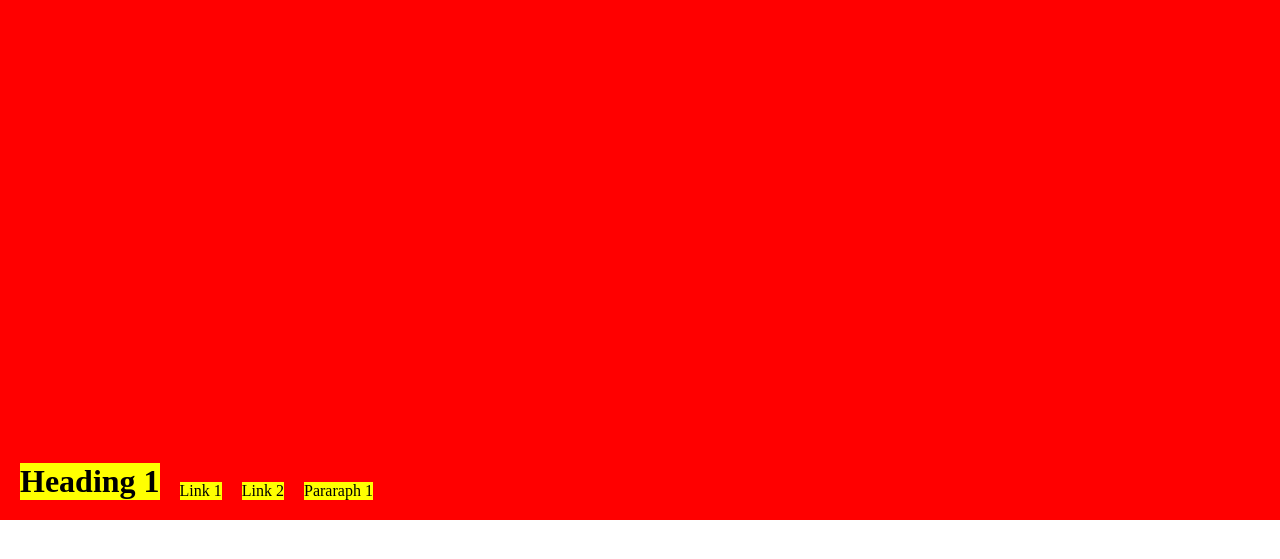
Repository: itz-mohanmadhav-18/Full-stack
Page: Html+css/day-3/flexbox.html
An editor plug-in stored every save of this project. The page is shown before and after the next save, followed by the edit.
The browser window is 1280 px wide. The pictures show the whole page.

Above is the page before, as saved 2024-06-14 12:35:21.

### Html+css/day-3/flexbox.html
<!DOCTYPE html>
<html lang="en">
  <head>
    <meta charset="UTF-8" />
    <meta name="viewport" content="width=device-width, initial-scale=1.0" />
    <link rel="stylesheet" href="./flexbox.css" />
    <title>Document</title>
  </head>
  <body>
    <div>
      <h1>Heading 1</h1>
      <a>Link 1</a>
      <a>Link 2</a>
      <p>Pararaph 1</p>
    </div>
  </body>
</html>

### Html+css/day-3/flexbox.css
*{
    padding: 0;
    margin: 0;
    background: white;
}
div{
    background: red;
    padding: 10px;
    height: 500px;
    display: flex;
    flex-direction: row;
    align-items: flex-end;
}

div > * {
    background: yellow;
    margin: 10px;
}

After the next save:
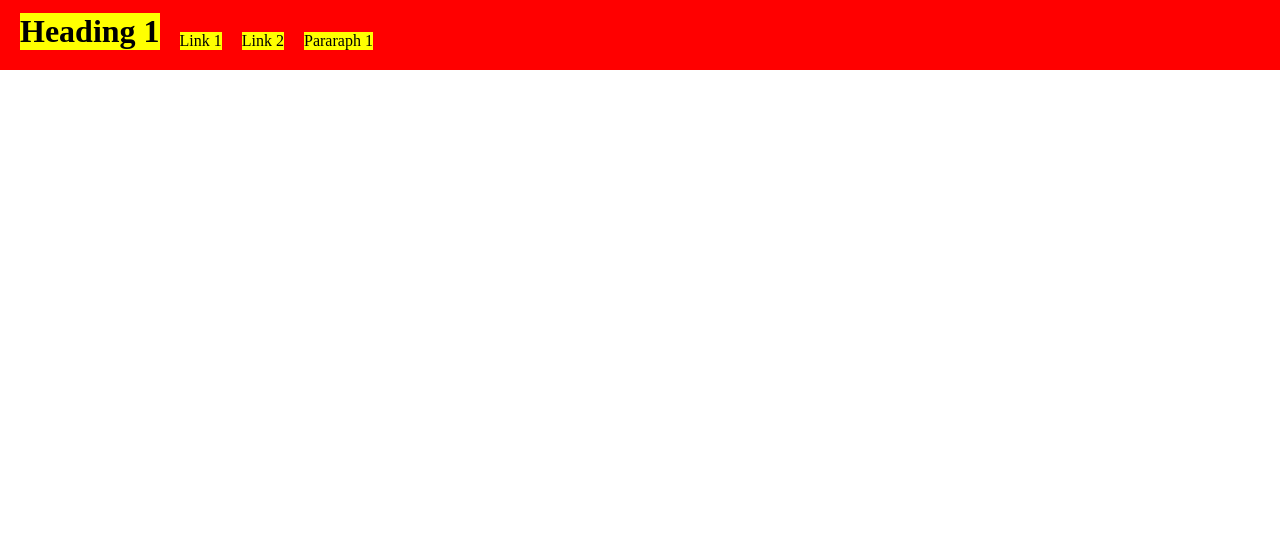
Saved 14 s later.
--- a/Html+css/day-3/flexbox.css
+++ b/Html+css/day-3/flexbox.css
@@ -6,7 +6,7 @@
 div{
     background: red;
     padding: 10px;
-    height: 500px;
+    height: 50px;
     display: flex;
     flex-direction: row;
     align-items: flex-end;

After the save that followed:
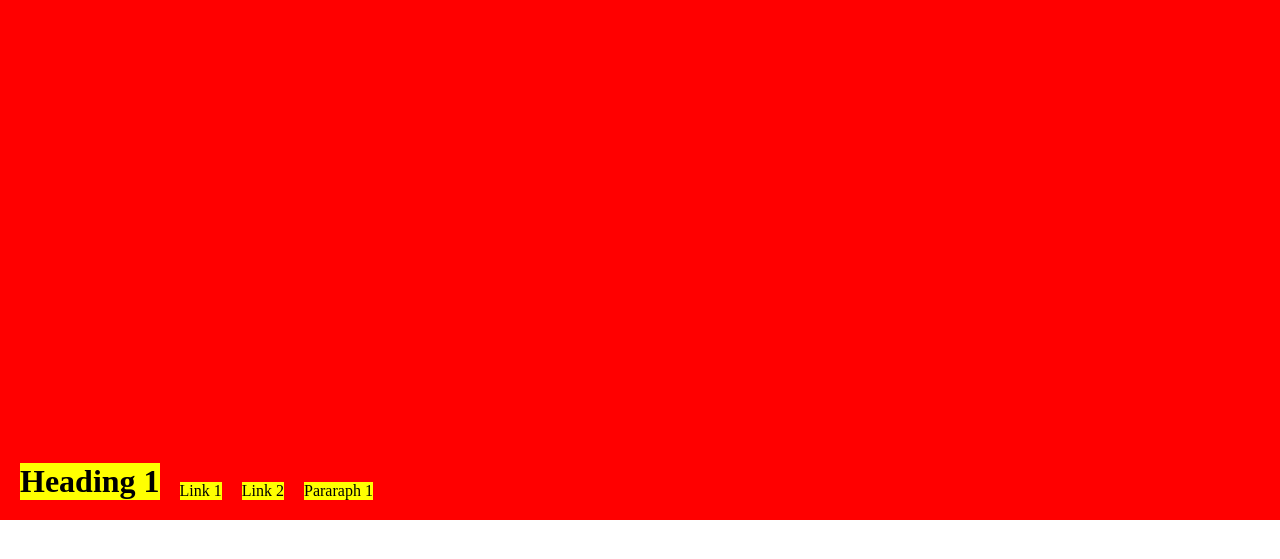
Saved 11 s later.
--- a/Html+css/day-3/flexbox.css
+++ b/Html+css/day-3/flexbox.css
@@ -6,7 +6,7 @@
 div{
     background: red;
     padding: 10px;
-    height: 50px;
+    height: 500px;
     display: flex;
     flex-direction: row;
     align-items: flex-end;
